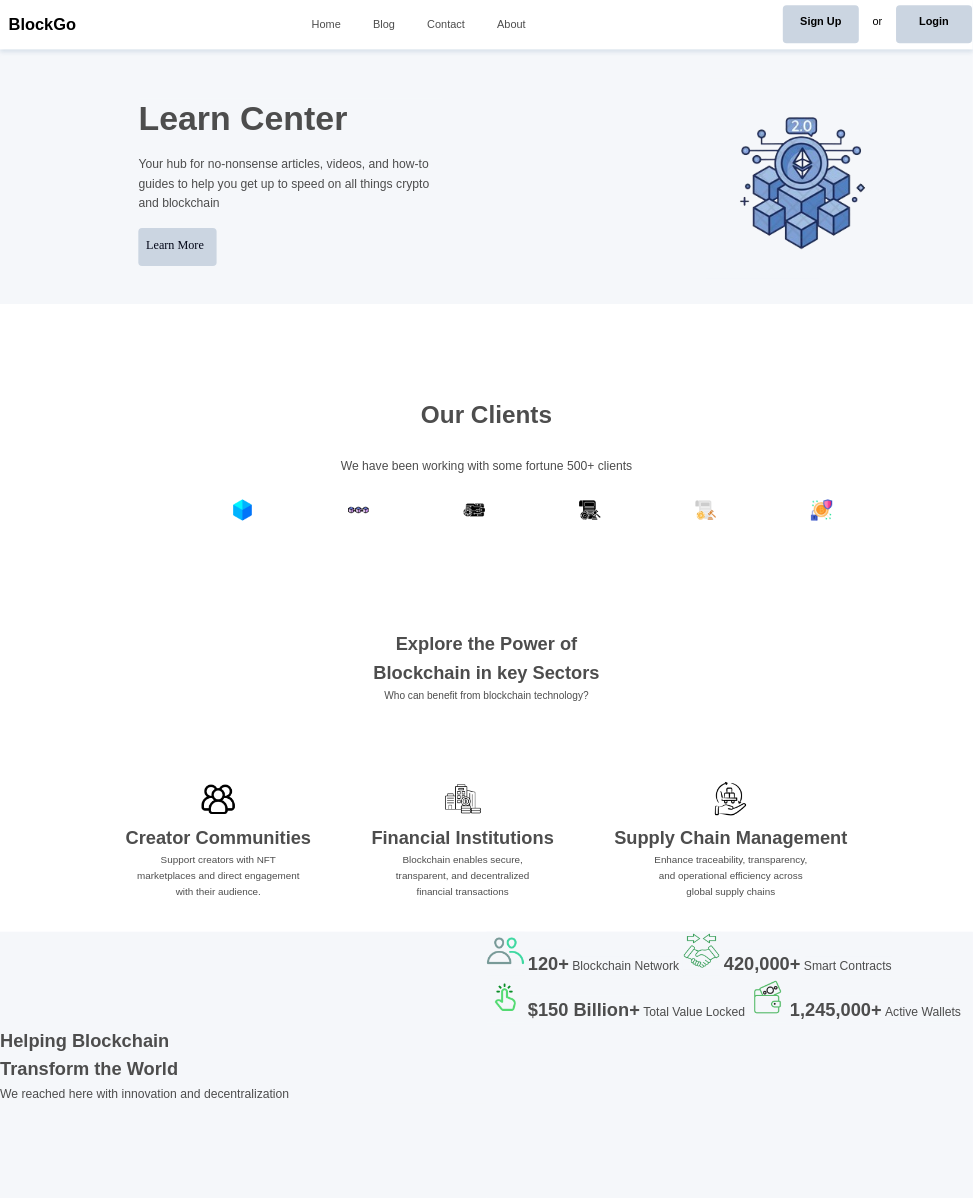
Repository: Tafsirul555/Assignment
Page: Assignment1.html
These files come from the project's save history. The page is drawn as it stood at one moment and after the next save; the edit follows.
The browser window is 1280 px wide. The pictures show the whole page, at 76% of full size.

Above is the page before, as saved 2025-06-09 01:54:11.

After the next save:
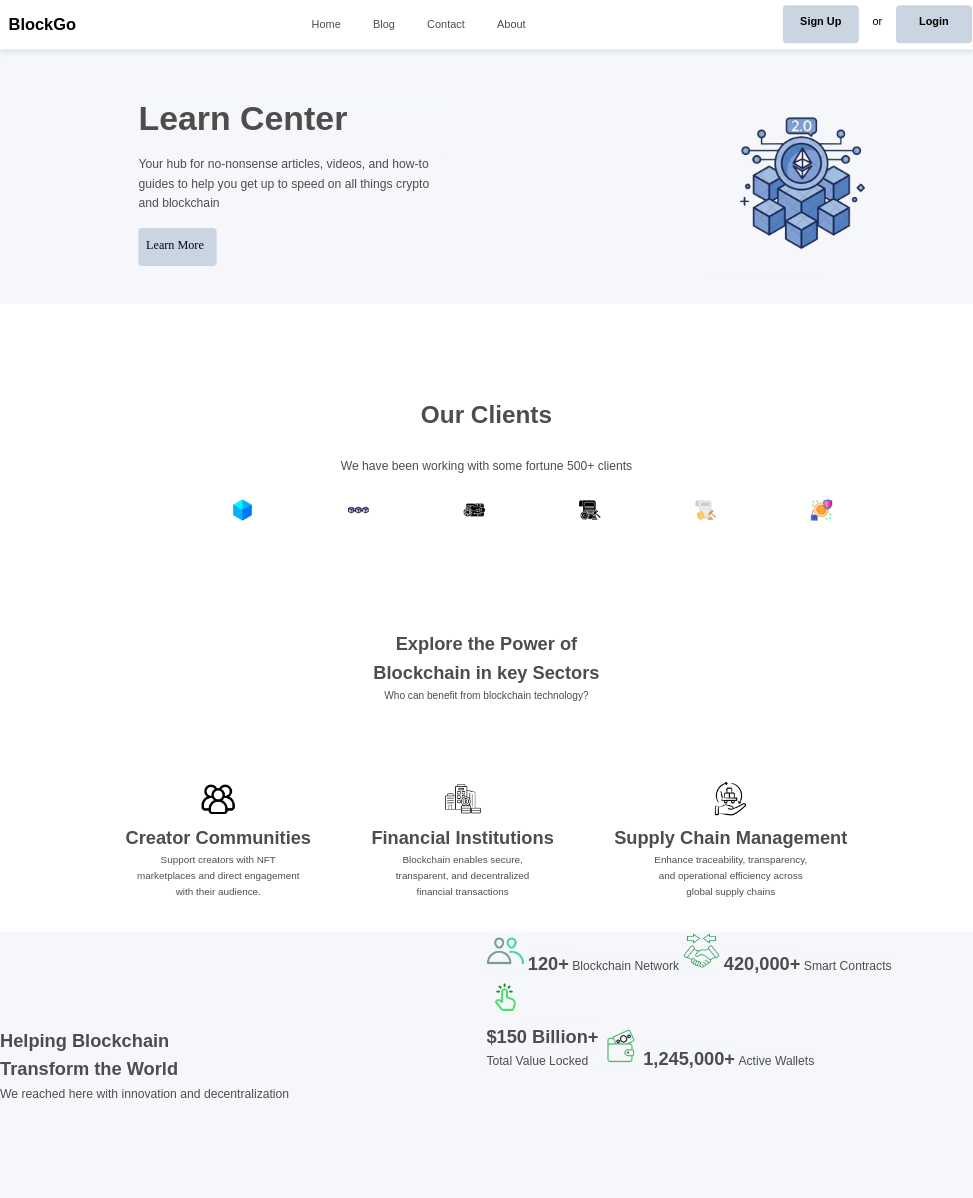
Saved 5 s later.
--- a/Assignment1.css
+++ b/Assignment1.css
@@ -346,7 +346,7 @@
 }
 .figure-tvl h2,
 .figure-tvl p{
-    display: ;
+    display: block;
 }
 
 .figurebar .figure-text{

After the save that followed:
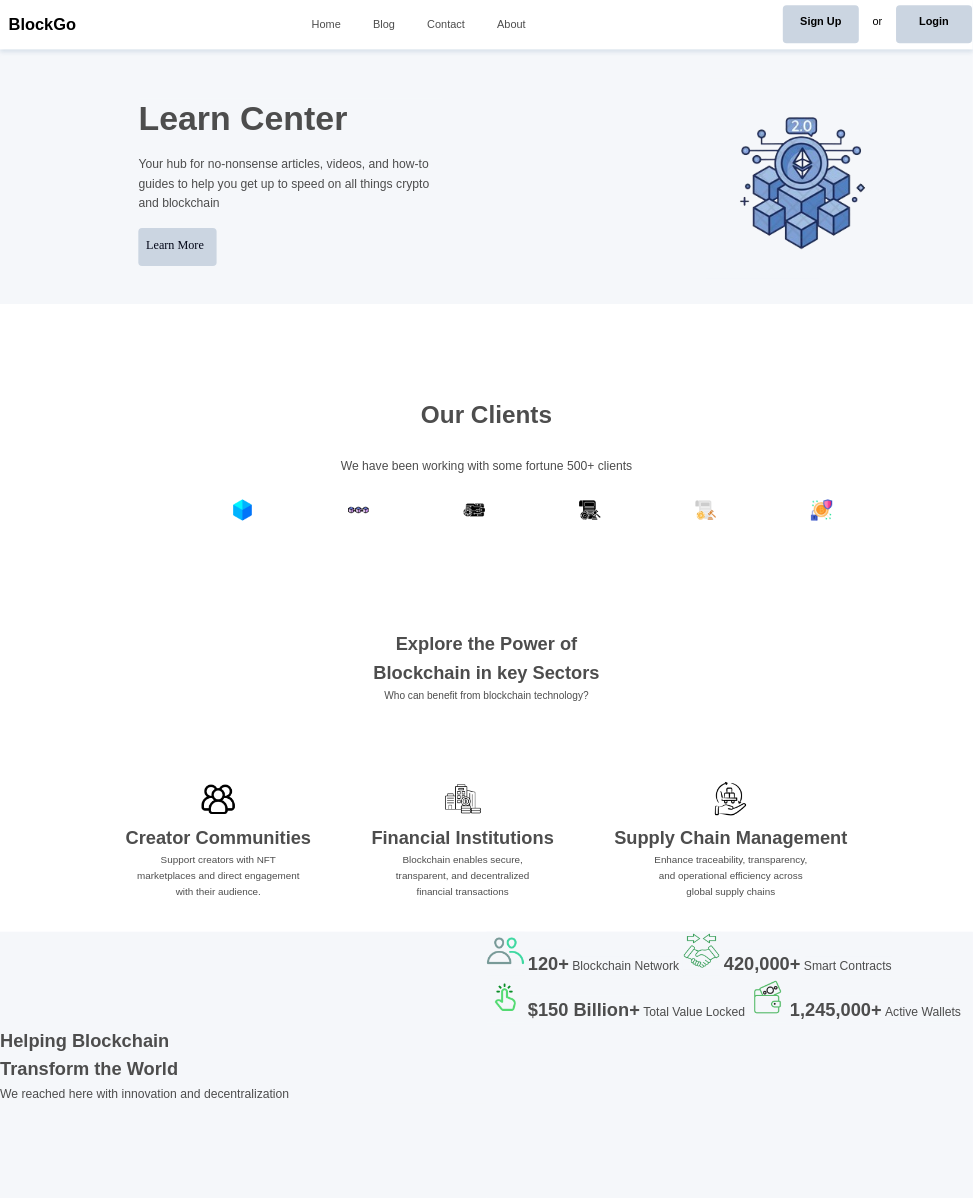
Saved 18 s later.
--- a/Assignment1.css
+++ b/Assignment1.css
@@ -342,12 +342,9 @@
 .figure-tvl h2,
 .figure-tvl p{
     display: inline-block;
-
-}
-.figure-tvl h2,
-.figure-tvl p{
-    display: block;
-}
+    text-align: center;
+}
+
 
 .figurebar .figure-text{
     display: inline-block;
